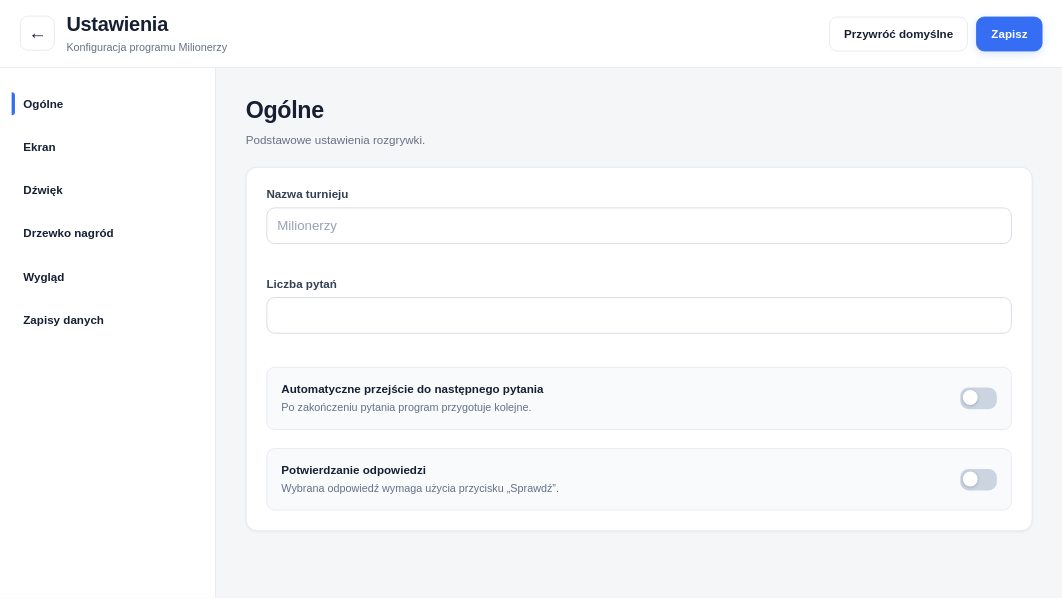
Repository: WaleonGames/HTGMilionerzy
Page: views/settings.html
An editor plug-in stored every save of this project. The page is shown before and after the next save, followed by the edit.
The browser window is 1280 px wide. The pictures show the whole page, at 83% of full size.

Above is the page before, as saved 2026-09-05 15:39:29.
Console error: TypeError: Cannot read properties of undefined (reading 'settings')

### views/settings.html
<!doctype html>
<html lang="pl">
<head>
  <meta charset="UTF-8">
  <meta name="viewport" content="width=device-width,initial-scale=1.0">
  <title>Milionerzy - Ustawienia</title>
  <link rel="stylesheet" href="../public/css/style.css">
  <link rel="stylesheet" href="../public/css/settings.css">
  <link rel="stylesheet" href="../public/css/design.css">
</head>
<body>
  <div class="app">
    <header class="topbar">
      <div class="topbar-left">
        <button id="backButton" class="icon-button" type="button">
          ←
        </button>

        <div>
          <h1>Ustawienia</h1>
          <p>Konfiguracja programu Milionerzy</p>
        </div>
      </div>

      <div class="topbar-actions">
        <button id="resetButton" class="button button-secondary" type="button">
          Przywróć domyślne
        </button>

        <button id="saveButton" class="button button-primary" type="button">
          Zapisz
        </button>
      </div>
    </header>

    <main class="settings-layout">
      <aside class="settings-sidebar">
        <button class="settings-tab active" data-tab="general" type="button">
          Ogólne
        </button>

        <button class="settings-tab" data-tab="screen" type="button">
          Ekran
        </button>

        <button class="settings-tab" data-tab="sound" type="button">
          Dźwięk
        </button>

        <button class="settings-tab" data-tab="prizeTree" type="button">
          Drzewko nagród
        </button>

        <button class="settings-tab" data-tab="appearance" type="button">
          Wygląd
        </button>

        <button class="settings-tab" data-tab="dataStorage" type="button">
          Zapisy danych
        </button>
      </aside>

      <section class="settings-content">
        <section class="settings-panel active" data-panel="general">
          <div class="section-header">
            <h2>Ogólne</h2>
            <p>Podstawowe ustawienia rozgrywki.</p>
          </div>

          <div class="settings-card">
            <div class="field">
              <label for="gameTitle">Nazwa turnieju</label>
              <input id="gameTitle" type="text" placeholder="Milionerzy">
            </div>

            <div class="field">
              <label for="questionsCount">Liczba pytań</label>
              <input id="questionsCount" type="number" min="1" max="50">
            </div>

            <label class="switch-row">
              <div>
                <strong>Automatyczne przejście do następnego pytania</strong>
                <span>Po zakończeniu pytania program przygotuje kolejne.</span>
              </div>

              <input id="autoNextQuestion" type="checkbox">
            </label>

            <label class="switch-row">
              <div>
                <strong>Potwierdzanie odpowiedzi</strong>
                <span>Wybrana odpowiedź wymaga użycia przycisku „Sprawdź”.</span>
              </div>

              <input id="confirmAnswer" type="checkbox">
            </label>
          </div>
        </section>

        <section class="settings-panel" data-panel="screen">
          <div class="section-header">
            <h2>Ekran</h2>
            <p>Ustawienia okna gry i ekranów zewnętrznych.</p>
          </div>

          <div class="settings-card">
            <label class="switch-row">
              <div>
                <strong>Pełny ekran</strong>
                <span>Uruchamiaj ekran turnieju w trybie pełnoekranowym.</span>
              </div>

              <input id="fullscreen" type="checkbox">
            </label>

            <div class="field">
              <label for="screenIndex">Numer monitora</label>
              <input id="screenIndex" type="number" min="0">
            </div>

            <div class="field-grid">
              <div class="field">
                <label for="screenWidth">Szerokość</label>
                <input id="screenWidth" type="number" min="640">
              </div>

              <div class="field">
                <label for="screenHeight">Wysokość</label>
                <input id="screenHeight" type="number" min="480">
              </div>
            </div>
          </div>
        </section>

        <section class="settings-panel" data-panel="sound">
          <div class="section-header">
            <h2>Dźwięk</h2>
            <p>Głośność i odtwarzanie efektów.</p>
          </div>

          <div class="settings-card">
            <div class="field">
              <label for="masterVolume">
                Głośność główna
                <span id="masterVolumeValue">100%</span>
              </label>

              <input id="masterVolume" type="range" min="0" max="100" step="1">
            </div>

            <label class="switch-row">
              <div>
                <strong>Dźwięki interfejsu</strong>
                <span>Odtwarzaj dźwięki przy działaniach w panelu.</span>
              </div>

              <input id="interfaceSounds" type="checkbox">
            </label>

            <label class="switch-row">
              <div>
                <strong>Dźwięki gry</strong>
                <span>Odtwarzaj muzykę i efekty podczas rozgrywki.</span>
              </div>

              <input id="gameSounds" type="checkbox">
            </label>
          </div>
        </section>

        <section class="settings-panel" data-panel="prizeTree">
          <div class="section-header">
            <h2>Drzewko nagród</h2>
            <p>Kwoty i progi gwarantowane.</p>
          </div>

          <div class="settings-card">
            <div class="field">
              <label for="currency">Waluta</label>
              <input id="currency" type="text" placeholder="zł">
            </div>

            <div id="prizeLevels" class="prize-levels"></div>
          </div>
        </section>

        <section class="settings-panel" data-panel="appearance">
          <div class="section-header">
            <h2>Wygląd</h2>
            <p>Kolory i ustawienia interfejsu.</p>
          </div>

          <div class="settings-card">
            <div class="field">
              <label for="theme">Motyw</label>

              <select id="theme">
                <option value="dark">Ciemny</option>
                <option value="light">Jasny</option>
              </select>
            </div>

            <div class="field">
              <label for="accentColor">Kolor główny</label>
              <input id="accentColor" type="color">
            </div>

            <label class="switch-row">
              <div>
                <strong>Animacje</strong>
                <span>Włącz animacje przejść i odpowiedzi.</span>
              </div>

              <input id="animations" type="checkbox">
            </label>
          </div>
        </section>

        <section class="settings-panel" data-panel="dataStorage">
          <div class="section-header">
            <h2>Zapisy danych</h2>
            <p>Ustawienia lokalnego zapisu danych programu.</p>
          </div>

          <div class="settings-card">
            <label class="switch-row">
              <div>
                <strong>Automatyczny zapis</strong>
                <span>Zapisuj dane automatycznie po zmianach.</span>
              </div>

              <input id="autoSave" type="checkbox">
            </label>

            <label class="switch-row">
              <div>
                <strong>Automatyczne kopie zapasowe</strong>
                <span>Twórz kopię danych programu.</span>
              </div>

              <input id="autoBackup" type="checkbox">
            </label>

            <div class="field">
              <label for="backupInterval">Interwał kopii zapasowej w minutach</label>
              <input id="backupInterval" type="number" min="1">
            </div>
          </div>
        </section>
      </section>
    </main>

    <div id="statusMessage" class="status-message" hidden></div>
  </div>

  <script src="../public/js/design.js"></script>
  <script src="../public/js/settings.js"></script>
</body>
</html>

### public/css/style.css
*{
  box-sizing:border-box;
  margin:0;
  padding:0;
}

html,
body{
  min-height:100%;
}

body{
  min-height:100vh;
  font-family:Arial,sans-serif;
  background:
    radial-gradient(circle at top,#171041 0,#090719 45%,#05040d 100%);
  color:#fff;
}

button,
input,
textarea,
select{
  font:inherit;
}

button{
  cursor:pointer;
}

.eyebrow{
  display:block;
  margin-bottom:8px;
  color:#9c8cff;
  font-size:13px;
  font-weight:700;
  letter-spacing:3px;
}

.main-menu{
  display:flex;
  flex-direction:column;
  justify-content:center;
  width:min(1000px,calc(100% - 40px));
  min-height:100vh;
  margin:0 auto;
  padding:40px 0;
}

.menu-header{
  margin-bottom:32px;
}

.menu-header h1{
  margin-bottom:8px;
  font-size:42px;
}

.menu-header p{
  color:#aaa4c5;
  font-size:17px;
}

.menu-grid{
  display:grid;
  grid-template-columns:1fr 1fr;
  gap:16px;
}

.menu-card{
  display:flex;
  flex-direction:column;
  align-items:flex-start;
  min-height:150px;
  padding:24px;
  border:1px solid #2c2751;
  border-radius:16px;
  background:#100d25;
  color:#fff;
  text-align:left;
  transition:
    transform .2s ease,
    border-color .2s ease,
    background .2s ease;
}

.menu-card:hover{
  transform:translateY(-2px);
  border-color:#6558a8;
  background:#171331;
}

.menu-card-primary{
  border-color:#5d4fd1;
  background:#251b65;
}

.menu-card-primary:hover{
  background:#30247c;
}

.menu-card-danger{
  border-color:#5a2730;
}

.menu-card-danger:hover{
  border-color:#a34050;
  background:#35151d;
}

.menu-card-title{
  margin-bottom:10px;
  font-size:22px;
  font-weight:700;
}

.menu-card-description{
  color:#aaa4c5;
  line-height:1.5;
}

.menu-card-primary .menu-card-description{
  color:#cbc5ff;
}

.panel{
  padding:24px;
  border:1px solid #29244d;
  border-radius:16px;
  background:#100d25;
}

.panel h2{
  margin-bottom:20px;
}

.field{
  display:flex;
  flex-direction:column;
  gap:8px;
  margin-bottom:18px;
}

.field label{
  color:#cbc7e5;
  font-size:14px;
  font-weight:700;
}

input,
textarea,
select{
  width:100%;
  padding:13px 14px;
  border:1px solid #37305f;
  border-radius:9px;
  outline:none;
  background:#0a081a;
  color:#fff;
}

input:focus,
textarea:focus,
select:focus{
  border-color:#705cff;
}

textarea{
  resize:vertical;
}

.primary-button{
  min-height:46px;
  padding:0 20px;
  border:0;
  border-radius:9px;
  background:#5b45e0;
  color:#fff;
  font-weight:700;
}

.primary-button:hover{
  background:#6c55ef;
}

@media(max-width:700px){
  .main-menu{
    width:calc(100% - 24px);
    padding:24px 0;
  }

  .menu-header h1{
    font-size:34px;
  }

  .menu-grid{
    grid-template-columns:1fr;
  }
}

### public/css/design.css
:root{
  --design-bg:#f5f6f8;

  --design-surface:#ffffff;
  --design-surface-soft:#f8fafc;
  --design-surface-hover:#f3f5f7;
  --design-surface-active:#eef4ff;

  --design-text:#172033;
  --design-text-soft:#344054;
  --design-muted:#667085;
  --design-placeholder:#98a2b3;

  --design-border:#e4e7ec;
  --design-border-strong:#d0d5dd;

  --design-primary:#356df3;
  --design-primary-hover:#285bd4;
  --design-primary-light:#eaf0ff;

  --design-danger:#b42318;
  --design-danger-hover:#912018;
  --design-danger-light:#fef3f2;
  --design-danger-border:#fecdca;

  --design-success:#067647;
  --design-success-light:#ecfdf3;

  --design-warning:#b54708;
  --design-warning-light:#fffaeb;

  --design-radius-sm:8px;
  --design-radius-md:10px;
  --design-radius-lg:14px;
  --design-radius-xl:18px;

  --design-shadow-sm:0 1px 3px rgba(16,24,40,.06);
  --design-shadow-md:0 8px 24px rgba(16,24,40,.08);
  --design-shadow-lg:0 16px 40px rgba(16,24,40,.12);
}

/* =========================
   RESET / GLOBAL
========================= */

html{
  background:var(--design-bg) !important;
}

body{
  background:var(--design-bg) !important;
  color:var(--design-text) !important;
}

body,
button,
input,
select,
textarea{
  font-family:Arial,sans-serif !important;
}

button,
input,
select,
textarea{
  font-size:inherit;
}

button{
  cursor:pointer;
}

a{
  color:inherit;
}

/* =========================
   PAGE BACKGROUNDS
========================= */

.main-menu,
.questions-page,
.settings-layout,
.settings-content{
  background:var(--design-bg) !important;
}

/* =========================
   WHITE SURFACES
========================= */

header,
.header,
.topbar,
.menu-header,
.questions-header,
.sidebar,
.settings-sidebar,
.panel,
.card,
.modal,
.modal-content,
.settings-card,
.question-card{
  background:var(--design-surface) !important;
  color:var(--design-text) !important;
}

/* =========================
   HEADERS
========================= */

.menu-header,
.questions-header,
.topbar{
  border-color:var(--design-border) !important;
}

h1,
h2,
h3,
h4,
h5,
h6{
  color:var(--design-text) !important;
}

p,
.description,
.subtitle,
.muted,
small{
  color:var(--design-muted) !important;
}

.eyebrow{
  color:var(--design-primary) !important;
}

/* =========================
   PANELS / CARDS
========================= */

.panel,
.card,
.settings-card,
.question-card{
  background:#fff !important;
  border-color:var(--design-border) !important;
  box-shadow:var(--design-shadow-sm) !important;
}

.card:hover,
.question-card:hover{
  border-color:var(--design-border-strong) !important;
}

/* =========================
   MAIN MENU CARDS
========================= */

.menu-card{
  background:#fff !important;
  color:var(--design-text) !important;

  border:1px solid var(--design-border) !important;

  border-radius:var(--design-radius-lg) !important;

  box-shadow:var(--design-shadow-sm) !important;
}

.menu-card:hover{
  background:var(--design-surface-hover) !important;
  border-color:var(--design-border-strong) !important;
}

.menu-card-title{
  color:var(--design-text) !important;
}

.menu-card-description{
  color:var(--design-muted) !important;
}

/* =========================
   PRIMARY MENU CARD
========================= */

.menu-card-primary{
  background:var(--design-primary) !important;
  border-color:var(--design-primary) !important;

  color:#fff !important;
}

.menu-card-primary:hover{
  background:var(--design-primary-hover) !important;
  border-color:var(--design-primary-hover) !important;
}

.menu-card-primary .menu-card-title,
.menu-card-primary .menu-card-description{
  color:#fff !important;
}

.menu-card-primary .menu-card-description{
  opacity:.82;
}

/* =========================
   DANGER MENU CARD
========================= */

.menu-card-danger{
  background:#fff !important;

  border-color:var(--design-danger-border) !important;

  color:var(--design-danger) !important;
}

.menu-card-danger:hover{
  background:var(--design-danger-light) !important;
}

.menu-card-danger .menu-card-title{
  color:var(--design-danger) !important;
}

.menu-card-danger .menu-card-description{
  color:#b5473e !important;
}

/* =========================
   INPUTS
========================= */

input,
select,
textarea{
  background:#fff !important;

  color:var(--design-text) !important;

  border:1px solid var(--design-border-strong) !important;

  border-radius:var(--design-radius-md) !important;

  outline:none !important;
}

input::placeholder,
textarea::placeholder{
  color:var(--design-placeholder) !important;
}

input:hover,
select:hover,
textarea:hover{
  border-color:#b8c0cc !important;
}

input:focus,
select:focus,
textarea:focus{
  border-color:var(--design-primary) !important;

  box-shadow:
    0 0 0 3px rgba(53,109,243,.12) !important;

  outline:none !important;
}

select{
  background-color:#fff !important;
}

/* =========================
   TEXTAREA
========================= */

textarea{
  resize:vertical;
}

/* =========================
   NORMAL BUTTON
========================= */

button{
  border-radius:var(--design-radius-md) !important;
}

button:not(
  .button-primary
):not(
  .primary-button
):not(
  .primary
):not(
  .menu-card
):not(
  .danger
):not(
  .delete-button
):not(
  .menu-card-danger
){
  background:#fff !important;

  color:var(--design-text) !important;

  border-color:var(--design-border) !important;
}

button:not(
  .button-primary
):not(
  .primary-button
):not(
  .primary
):not(
  .menu-card
):not(
  .danger
):not(
  .delete-button
):not(
  .menu-card-danger
):hover{
  background:var(--design-surface-hover) !important;

  border-color:var(--design-border-strong) !important;
}

/* =========================
   PRIMARY BUTTONS
========================= */

.button-primary,
.primary-button,
.primary,
[data-primary]{
  background:var(--design-primary) !important;

  color:#fff !important;

  border-color:var(--design-primary) !important;

  box-shadow:
    0 3px 10px rgba(53,109,243,.18) !important;
}

.button-primary:hover,
.primary-button:hover,
.primary:hover,
[data-primary]:hover{
  background:var(--design-primary-hover) !important;

  border-color:var(--design-primary-hover) !important;
}

/* =========================
   SECONDARY BUTTONS
========================= */

.button-secondary,
.secondary-button,
.back-button,
.icon-button,
.modal-close{
  background:#fff !important;

  color:var(--design-text-soft) !important;

  border-color:var(--design-border) !important;
}

.button-secondary:hover,
.secondary-button:hover,
.back-button:hover,
.icon-button:hover,
.modal-close:hover{
  background:var(--design-surface-hover) !important;

  border-color:var(--design-border-strong) !important;
}

/* =========================
   DANGER BUTTONS
========================= */

.delete-button,
.danger{
  background:var(--design-danger-light) !important;

  color:var(--design-danger) !important;

  border-color:var(--design-danger-border) !important;
}

.delete-button:hover,
.danger:hover{
  background:#fee4e2 !important;

  color:var(--design-danger-hover) !important;

  border-color:#fda29b !important;
}

/* =========================
   BUTTON DISABLED
========================= */

button:disabled{
  opacity:.55 !important;
  cursor:not-allowed !important;
}

/* =========================
   SIDEBAR
========================= */

.sidebar,
.settings-sidebar{
  background:#fff !important;

  border-color:var(--design-border) !important;
}

.sidebar a,
.sidebar button,
.settings-tab{
  color:var(--design-text-soft) !important;
}

.sidebar a:hover,
.sidebar button:hover,
.settings-tab:hover{
  background:var(--design-surface-hover) !important;

  color:var(--design-text) !important;
}

.sidebar .active,
.sidebar a.active,
.sidebar button.active,
.settings-tab.active{
  background:var(--design-primary-light) !important;

  color:var(--design-primary) !important;
}

.settings-tab.active::before{
  background:var(--design-primary) !important;
}

/* =========================
   QUESTIONS
========================= */

.questions-list{
  background:transparent !important;
}

.question-card{
  background:#fff !important;

  border:1px solid var(--design-border) !important;

  border-radius:var(--design-radius-lg) !important;
}

.question-card-header{
  border-color:var(--design-border) !important;
}

.question-answer{
  background:var(--design-surface-soft) !important;

  color:var(--design-text-soft) !important;

  border-color:var(--design-border) !important;
}

.question-answer.correct{
  background:var(--design-success-light) !important;

  color:var(--design-success) !important;

  border-color:#abefc6 !important;
}

.empty-state{
  background:#fff !important;

  color:var(--design-muted) !important;

  border-color:var(--design-border) !important;
}

/* =========================
   ANSWER INPUTS
========================= */

.answer-field{
  background:var(--design-surface-soft) !important;

  border-color:var(--design-border) !important;
}

.answer-field>span{
  color:var(--design-primary) !important;
}

/* =========================
   MODAL BACKDROP
========================= */

.modal-backdrop,
.modal-overlay{
  background:rgba(15,23,42,.46) !important;

  backdrop-filter:blur(2px);
}

/* =========================
   MODAL
========================= */

.modal,
.modal-content{
  background:#fff !important;

  color:var(--design-text) !important;

  border-color:var(--design-border) !important;

  box-shadow:var(--design-shadow-lg) !important;
}

.modal-header{
  background:#fff !important;

  border-color:var(--design-border) !important;
}

.modal-actions{
  border-color:var(--design-border) !important;
}

/* =========================
   SETTINGS
========================= */

.settings-card{
  background:#fff !important;
}

.switch-row{
  background:var(--design-surface-soft) !important;

  border-color:var(--design-border) !important;
}

.switch-row:hover{
  background:var(--design-surface-hover) !important;

  border-color:var(--design-border-strong) !important;
}

/* =========================
   SETTINGS SWITCH
========================= */

.switch-row input[type="checkbox"]{
  border:0 !important;

  background:#cbd5e1 !important;

  box-shadow:none !important;
}

.switch-row input[type="checkbox"]:checked{
  background:var(--design-primary) !important;
}

/* =========================
   PRIZE TREE
========================= */

.prize-level{
  background:var(--design-surface-soft) !important;

  border-color:var(--design-border) !important;
}

.prize-level:hover{
  border-color:var(--design-border-strong) !important;
}

.prize-level-number{
  color:var(--design-text-soft) !important;
}

/* =========================
   CHECKBOX / RADIO
========================= */

input[type="checkbox"],
input[type="radio"]{
  accent-color:var(--design-primary) !important;
}

/* =========================
   RANGE
========================= */

input[type="range"]{
  accent-color:var(--design-primary) !important;
}

/* =========================
   COLOR INPUT
========================= */

input[type="color"]{
  background:#fff !important;

  border-color:var(--design-border-strong) !important;
}

/* =========================
   TABLE
========================= */

table{
  background:#fff !important;

  color:var(--design-text) !important;

  border-color:var(--design-border) !important;
}

thead{
  background:var(--design-surface-soft) !important;
}

th{
  color:var(--design-text-soft) !important;
}

th,
td{
  border-color:var(--design-border) !important;
}

tbody tr:hover td{
  background:#fafbfc !important;
}

/* =========================
   STATUS MESSAGE
========================= */

.status-message{
  background:var(--design-text) !important;

  color:#fff !important;

  box-shadow:var(--design-shadow-md) !important;
}

/* =========================
   SCROLLBAR
========================= */

*{
  scrollbar-color:#cbd5e1 transparent;
}

*::-webkit-scrollbar{
  width:9px;
  height:9px;
}

*::-webkit-scrollbar-track{
  background:transparent;
}

*::-webkit-scrollbar-thumb{
  background:#cbd5e1;

  border-radius:999px;
}

*::-webkit-scrollbar-thumb:hover{
  background:#aeb8c5;
}

/* =========================
   SELECTION
========================= */

::selection{
  background:#dbe7ff !important;

  color:var(--design-text) !important;
}

/* =========================
   DESIGN MARKER
========================= */

html[data-design="white"]{
  color-scheme:light !important;
}

body.design-loaded{
  visibility:visible !important;
}

Loaded but not shown: public/js/settings.js (342 lines, source omitted); public/js/design.js (52 lines, source omitted); public/css/settings.css (892 lines, source omitted)

After the next save:
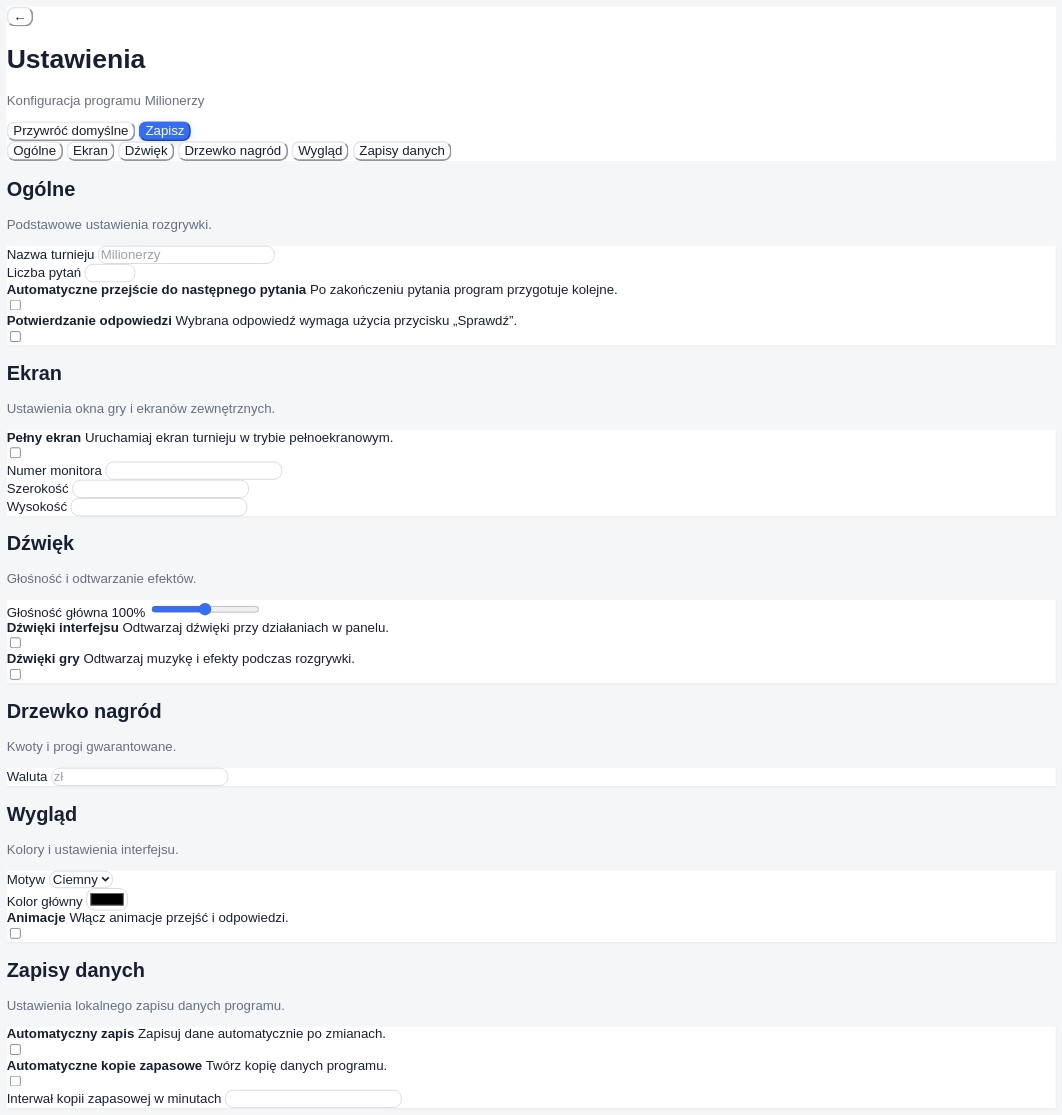
Saved 5 s later.
--- a/views/settings.html
+++ b/views/settings.html
@@ -4,8 +4,6 @@
   <meta charset="UTF-8">
   <meta name="viewport" content="width=device-width,initial-scale=1.0">
   <title>Milionerzy - Ustawienia</title>
-  <link rel="stylesheet" href="../public/css/style.css">
-  <link rel="stylesheet" href="../public/css/settings.css">
   <link rel="stylesheet" href="../public/css/design.css">
 </head>
 <body>
